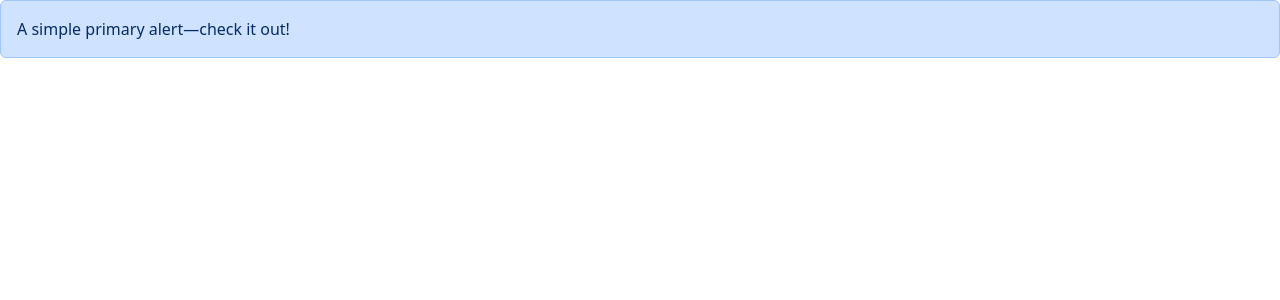
Repository: wossenfekadie1993/react-from-scratch
Page: /
These files come from the project's save history. The page is drawn as it stood at one moment and after the next save; the edit follows.
The browser window is 1280 px wide. The pictures show the whole page.
The project was rebuilt for these pictures with package versions that can differ from the ones it lists, and the page was loaded fresh each time. Also part of the build but not shown: vite.config.ts.

Above is the page before, as saved 2024-02-29 06:26:34.

After the next save:
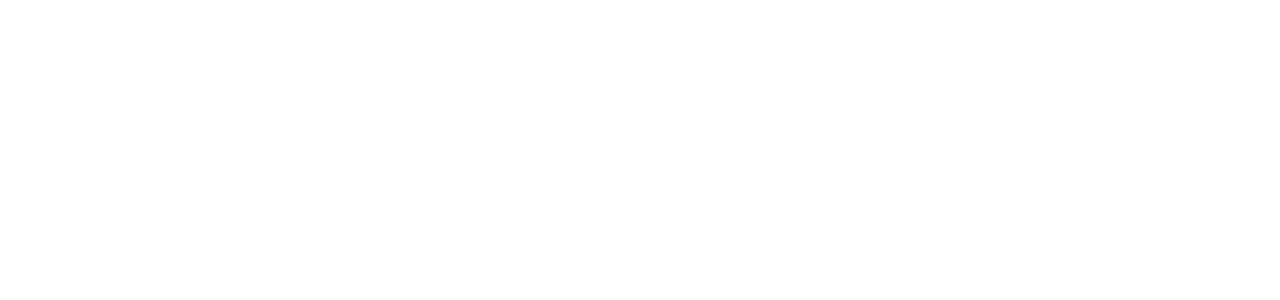
Console error: ReferenceError: text is not defined
Saved 10 s later.
--- a/src/Components/alert.tsx
+++ b/src/Components/alert.tsx
@@ -5,7 +5,7 @@
 const alert = (props:props) => {
   return (
     <div className="alert alert-primary" role="alert">
-  A simple primary alert—check it out!
+  {text}
 </div>
   )
 }

After the save that followed:
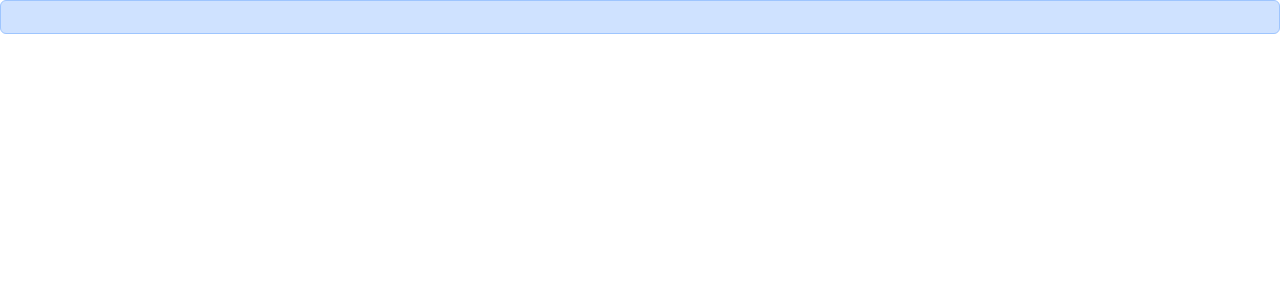
The error is gone.
Saved 5 s later.
--- a/src/Components/alert.tsx
+++ b/src/Components/alert.tsx
@@ -5,7 +5,7 @@
 const alert = (props:props) => {
   return (
     <div className="alert alert-primary" role="alert">
-  {text}
+  {props.text}
 </div>
   )
 }
